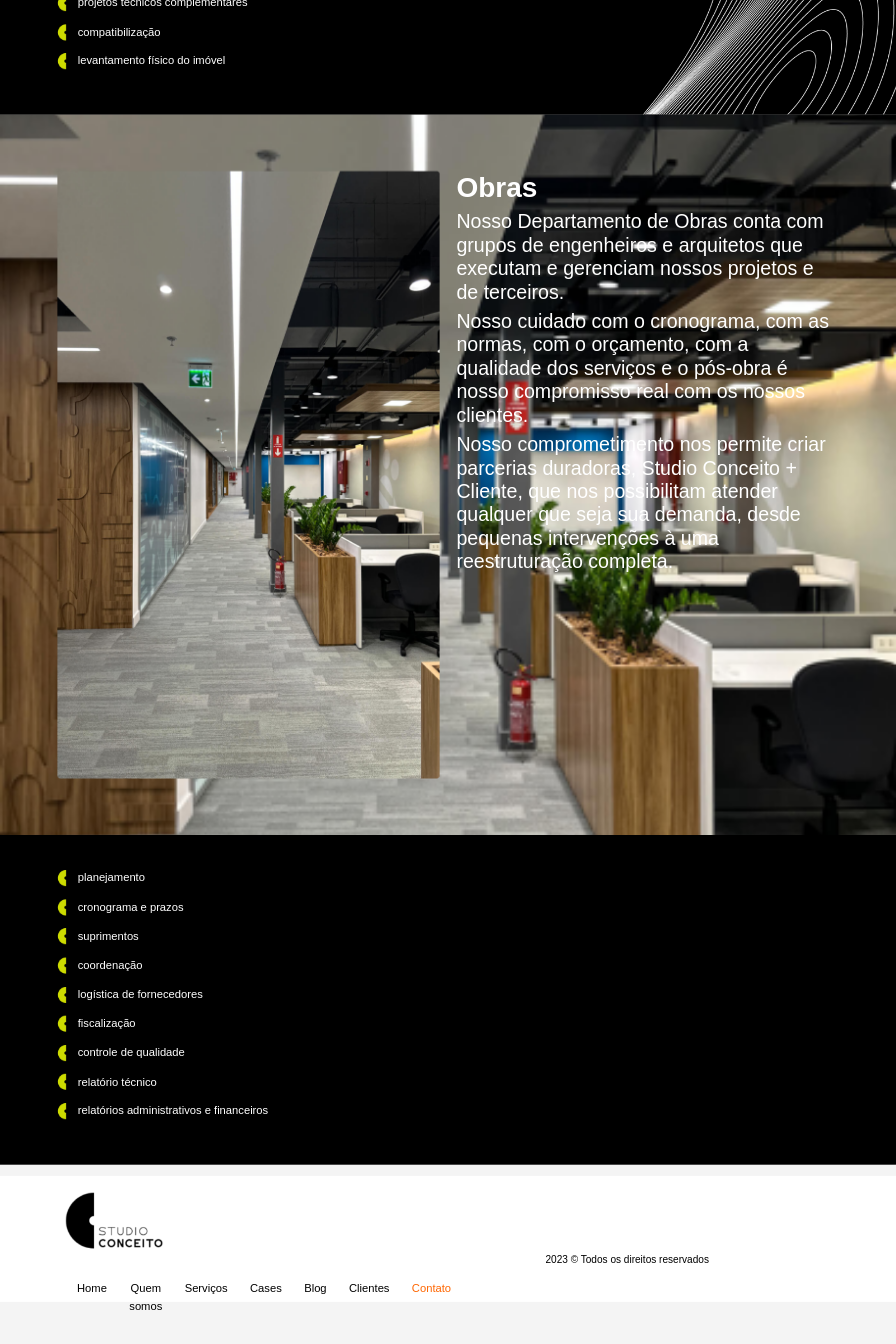
Repository: Upstairs-Agencia/studio-conceito-react
Page: /servicos
An editor plug-in stored every save of this project. The page is shown before and after the next save, followed by the edit.
The browser window is 1280 px wide. The pictures show the part of the page from y = 2167 to 4087 px (the page is 4087 px tall), at 70% of full size.
The project was rebuilt for these pictures with package versions that can differ from the ones it lists, and the page was loaded fresh each time. Also part of the build but not shown: src/pages/Home.js, src/styles/quemsomos.css, src/pages/QuemSomos.js, src/styles/cases.css, src/pages/Cases.js, src/pages/Blog.js, src/pages/Clientes.js, src/pages/Contato.js.

Above is the page before, as saved 2024-12-29 21:36:11.

After the next save:
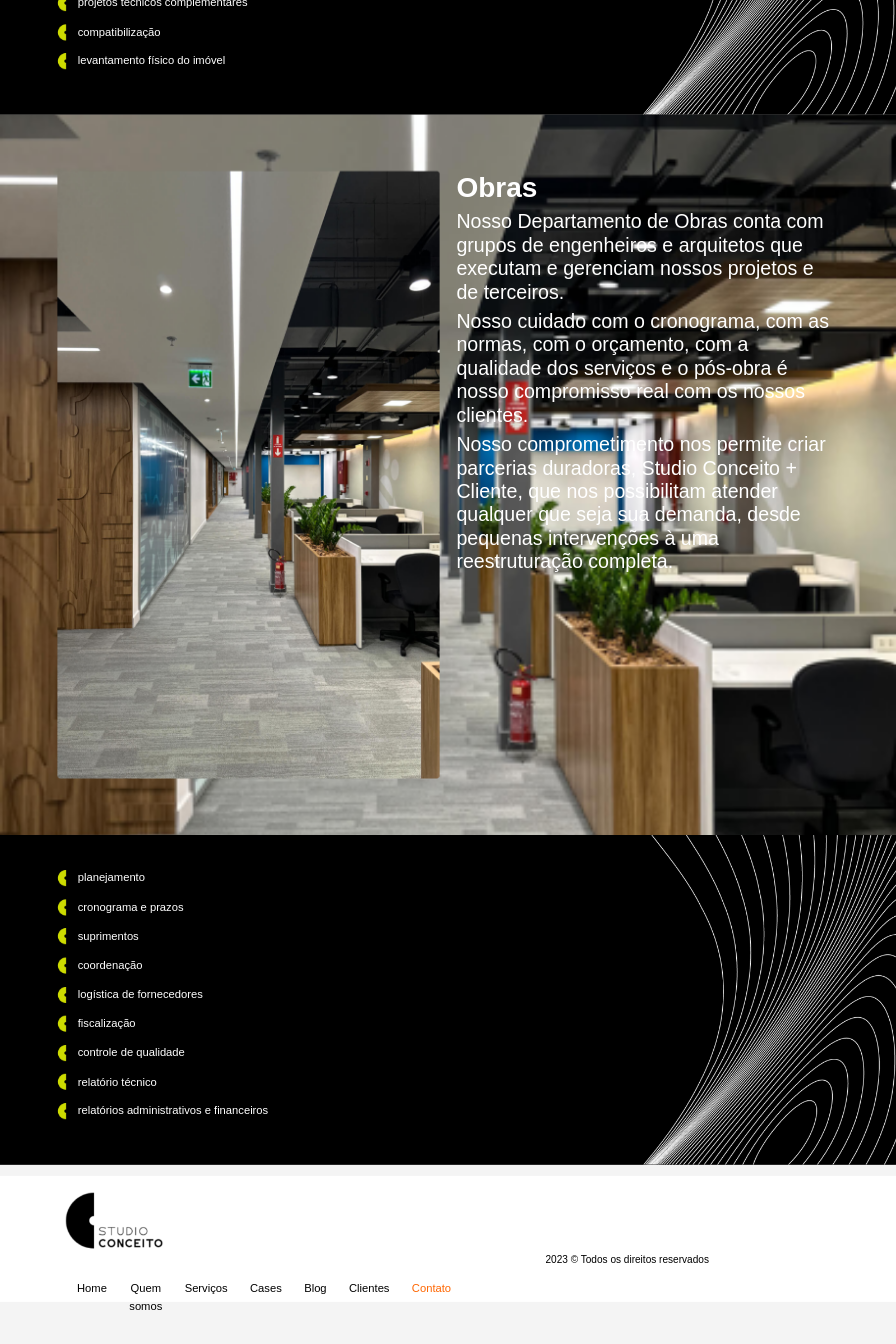
Saved 46 s later.
--- a/src/pages/Servicos.js
+++ b/src/pages/Servicos.js
@@ -166,7 +166,8 @@ const Servicos = () => {
       </section>
 
       {/* Sessão Planejamento e Coordenação */}
-      <section className="bg-black text-white py-5">
+      <section className="bg-black text-white py-5" style={{ backgroundImage: `url("images/servicosImg/Backgroundblack.png")`, backgroundSize: 'cover',
+          backgroundPosition: 'center',}}>
         <MDBContainer>
           <MDBRow>
             <MDBCol md="7">
